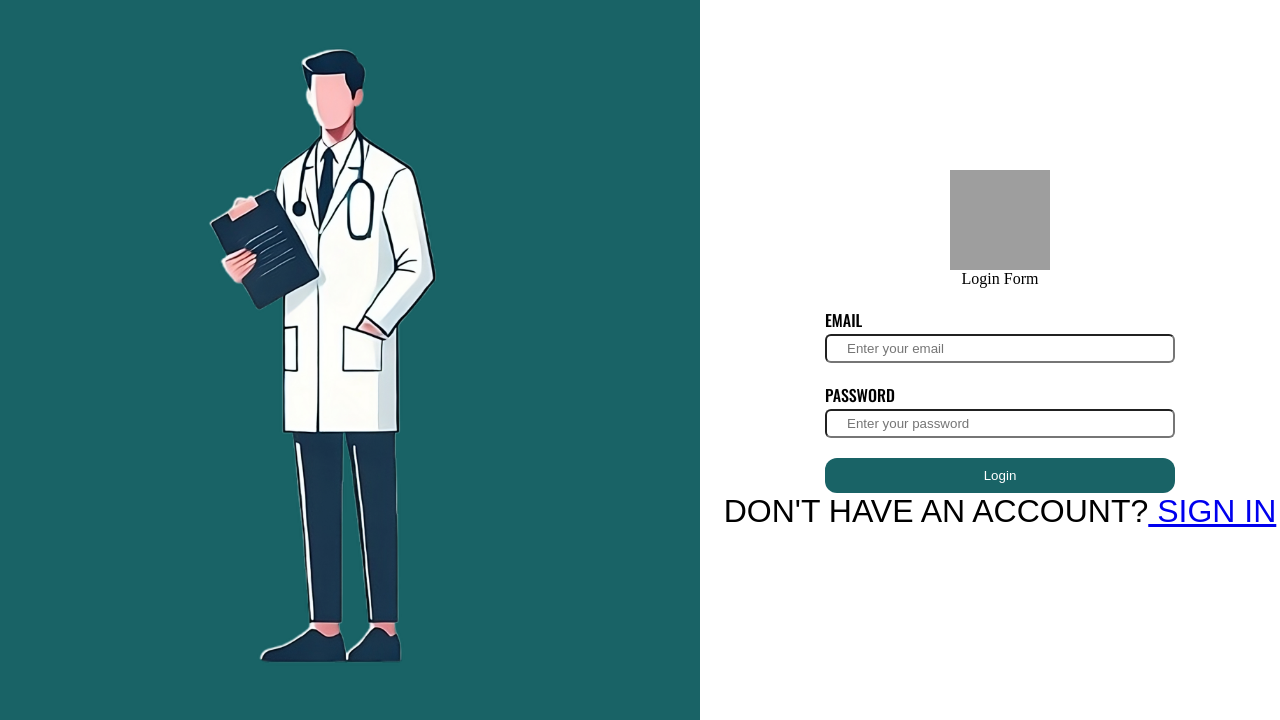
Repository: AriaFantom/Minor-Project
Page: http://localhost/Project/login.jsp
An editor plug-in stored every save of this project. The page is shown before and after the next save, followed by the edit.
The browser window is 1280 px wide. The pictures show the whole page.
Pictures or frames that could not be fetched are drawn as grey boxes. Some web fonts or font styles are not loaded; a fallback is used. The page is served by Tomcat 10. Other server files are loaded and not shown.

Above is the page before, as saved 2024-12-01 13:55:59.

### Project/src/main/webapp/login.jsp
<%@ page language="java" contentType="text/html; charset=UTF-8"
    pageEncoding="UTF-8"%>
            <%@page import="java.sql.*" %>

<!DOCTYPE html>
<html lang="en">
<head>
    <meta charset="UTF-8">
    <title>Title</title>
    <link rel="stylesheet" href="css/register.css">
</head>
<body>
<main>
    <div class="aside-form">
        <img src="assets/form-side-vector.png" alt="vector">
    </div>
    <div class="form-section">
     <%
            String success = request.getParameter("success");
            if ("true".equalsIgnoreCase(success)) {
        %>
                <div class="alert alert-success">
                    Registration successfully.
                </div>
        <%
            }
        %>
        <%
            String error = request.getParameter("error");
            if ("true".equalsIgnoreCase(error)) {
        %>
                <div class="alert alert-danger">
                    Account Not Found
                </div>
        <%
            }
        %>
        <img src="assets/icons/logo.png" alt="logo">
        <p>Login Form</p>
        <form  method="post" action="LoginServlet">
            <label for="email">Email</label>
            <input type="email" id="email" name="email" placeholder="Enter your email">
            <label for="password">Password</label>
            <input type="password" id="password" name="password" placeholder="Enter your password">
            <button>Login</button>
        </form>
        <p class="form-footer">Don't have an account?<a href="register.jsp"> Sign in </a></p>
    </div>
</main>
</body>
</html>

### Project/src/main/webapp/css/register.css
@charset "UTF-8";

@import url('https://fonts.googleapis.com/css2?family=Oswald:wght@200..700&display=swap');
@import url('https://fonts.googleapis.com/css2?family=Open+Sans:ital,wght@0,300..800;1,300..800&display=swap');
@import url('https://fonts.googleapis.com/css2?family=DM+Serif+Text:ital@0;1&family=PT+Sans:ital,wght@0,400;0,700;1,400;1,700&display=swap');
* {
    box-sizing: border-box;
    margin: 0;
    padding: 0;
}

body {
    margin: 0;
    padding: 0;

}

main {
    display: grid;
    grid-template-columns: 1fr 1fr;
    gap: 20px;
    justify-content: center;
    align-items: center;

    height: 100vh;
}

main img {
    width: 100px;
    height: 100px;
}
.form-section {
    display: flex;
    flex-direction: column;
    justify-content: center;
    align-items: center;
    width: 100%;
}

.form-heading {
    font-family: 'Oswald', sans-serif;
    font-size: 2rem;
    margin-bottom: 20px;
    text-transform: uppercase;
}

form {
    display: flex;
    flex-direction: column;
    justify-content: center;
    width: 350px;
}

form label {
    font-family: 'Oswald', sans-serif;
    margin-top: 20px;
    margin-bottom: 2px;
    font-weight: 500;
    text-transform: uppercase;
}
form input {
    font-family: 'DM Serif Text', sans-serif;
    padding: 5px 20px;
    border-radius: 6px;
}

form button {
    font-family: 'DM Serif Text', sans-serif;
    margin-top: 20px;
    padding: 10px;
    background-color: #196366;
    color: #fff;
    border: none;
    cursor: pointer;
    border-radius: 12px;
}

.aside-form {
    background: #196366;
    height: 100%;
    width: 100%;
    display: flex;
    align-items: center;
    justify-content: center;
}

.aside-form img {
    width: 700px;
    height: 700px;
}
.form-footer {
	font-family: 'DM Serif Text', sans-serif;
    font-size: 2rem;
    margin-bottom: 20px;
    text-transform: uppercase;
}

After the next save:
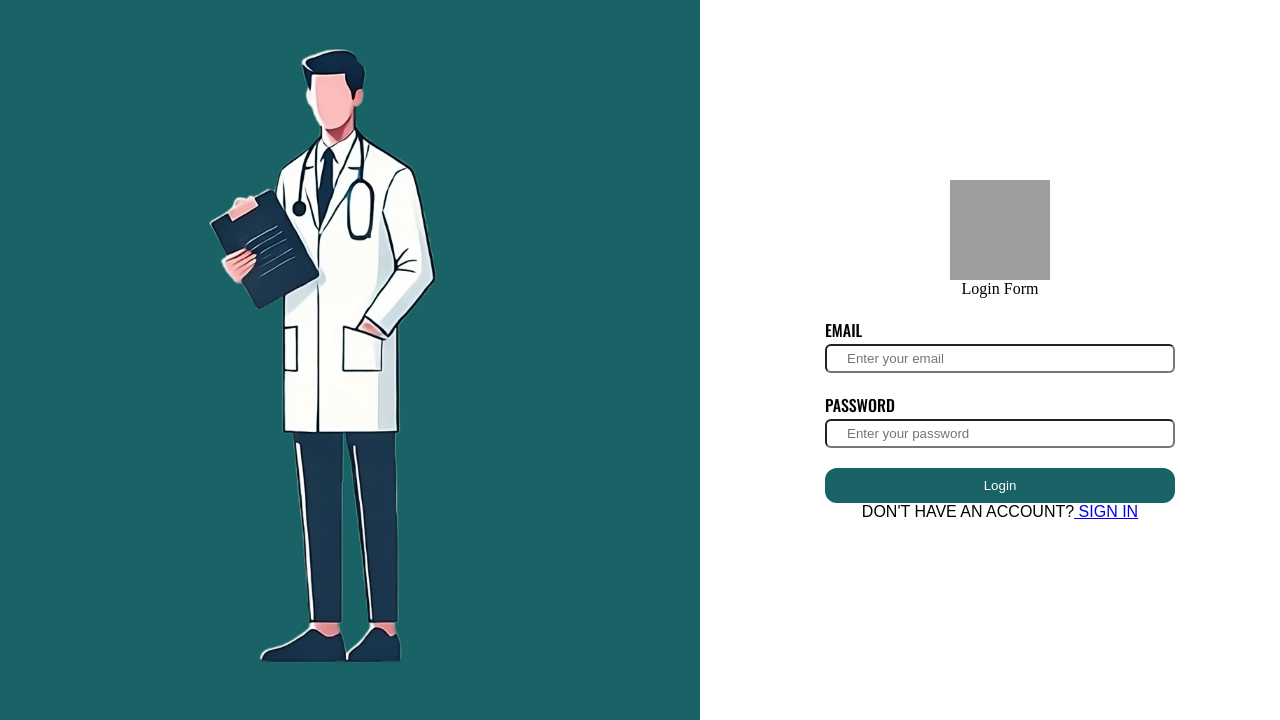
Saved 46 s later.
--- a/Project/src/main/webapp/css/register.css
+++ b/Project/src/main/webapp/css/register.css
@@ -90,7 +90,7 @@
 }
 .form-footer {
 	font-family: 'DM Serif Text', sans-serif;
-    font-size: 2rem;
+    font-size: 1rem;
     margin-bottom: 20px;
     text-transform: uppercase;
 }

After the save that followed:
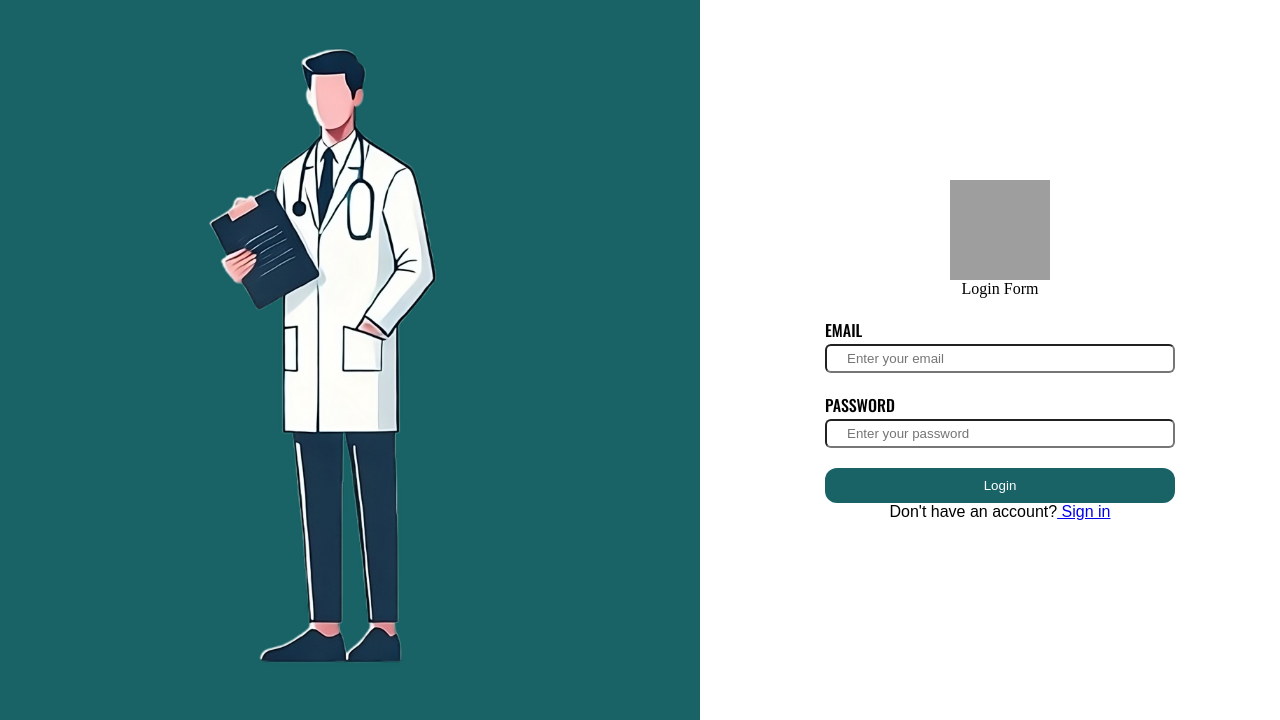
Saved 56 s later.
--- a/Project/src/main/webapp/css/register.css
+++ b/Project/src/main/webapp/css/register.css
@@ -21,7 +21,6 @@
     gap: 20px;
     justify-content: center;
     align-items: center;
-
     height: 100vh;
 }
 
@@ -92,5 +91,4 @@
 	font-family: 'DM Serif Text', sans-serif;
     font-size: 1rem;
     margin-bottom: 20px;
-    text-transform: uppercase;
 }
